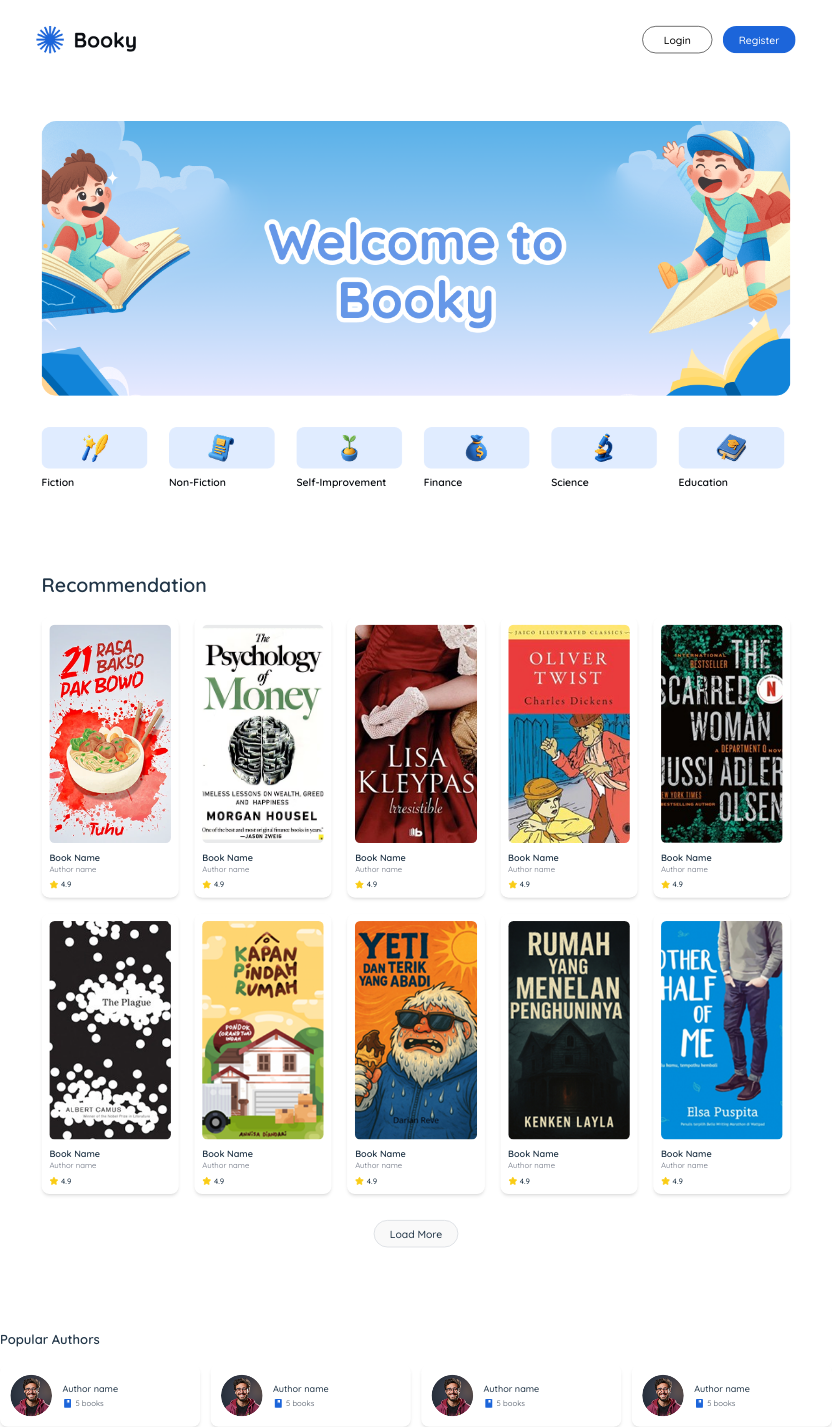
Repository: faridsyafaat/library-app
Page: /
These files come from the project's save history. The page is drawn as it stood at one moment and after the next save; the edit follows.
The browser window is 1280 px wide. The pictures show the whole page, at 65% of full size.
The project was rebuilt for these pictures with package versions that can differ from the ones it lists, and the page was loaded fresh each time. Also part of the build but not shown: vite.config.ts, src/pages/Login.tsx, src/pages/Register.tsx.

Above is the page before, as saved 2025-11-24 21:06:28.

### index.html
<!doctype html>
<html lang="en">
  <head>
    <meta charset="UTF-8" />
    <link rel="icon" type="image/svg+xml" href="/vite.svg" />
    <meta name="viewport" content="width=device-width, initial-scale=1.0" />
    <title>library-app</title>
  </head>
  <body>
    <div id="root"></div>
    <script type="module" src="/src/main.tsx"></script>
  </body>
</html>

### src/index.css
@import url('https://fonts.googleapis.com/css2?family=Quicksand:wght@300;400;500;600;700&display=swap');
@tailwind base;
@tailwind components;
@tailwind utilities;

:root {
  font-family: system-ui, Avenir, Helvetica, Arial, sans-serif;
  line-height: 1.5;
  font-weight: 400;
  font-synthesis: none;
  text-rendering: optimizeLegibility;
  -webkit-font-smoothing: antialiased;
  -moz-osx-font-smoothing: grayscale;
}

a {
  font-weight: 500;
  color: #646cff;
  text-decoration: inherit;
}
a:hover {
  color: #535bf2;
}

body {
  margin: 0;
  min-height: 100vh;
  }

h1 {
  font-size: 3.2em;
  line-height: 1.1;
}

button {
  border-radius: 8px;
  border: 1px solid transparent;
  padding: 0.6em 1.2em;
  font-size: 1em;
  font-weight: 500;
  font-family: inherit;
  background-color: #1a1a1a;
  cursor: pointer;
  transition: border-color 0.25s;
}
button:hover {
  border-color: #646cff;
}
button:focus,
button:focus-visible {
  outline: 4px auto -webkit-focus-ring-color;
}

@media (prefers-color-scheme: light) {
  :root {
    color: #213547;
    background-color: #ffffff;
  }
  a:hover {
    color: #747bff;
  }
  button {
    background-color: #f9f9f9;
  }
}

.container-custom {
  max-width: 1200px;
  margin-left: auto;
  margin-right: auto;
  padding-left: 1rem;
  padding-right: 1rem;
}

@layer base {
  body {
    @apply font-quicksand;
  }
}

### src/App.tsx
import { BrowserRouter as Router, Routes, Route, } from "react-router-dom";
import HomeBefore from "./pages/HomeBefore";
import Login from "./pages/Login";
import Register from "./pages/Register";


function App() {


  return (
    <Router>
      <Routes>
        <Route path="/" element={<HomeBefore />} />
        <Route path="/login" element={<Login />} />
        <Route path="/register" element={<Register />} />

      </Routes>
    </Router>
  );
}

export default App;

### src/pages/HomeBefore.tsx
import NavbarBefore from "@/components/layout/NavbarBefore";
import HeroSection from "@/components/sections/HeroSection";
import RecommendationSection from "@/components/sections/RecommendationSection";
import AuthorsSection from "@/components/sections/AuthorsSection";

export default function HomeBefore() {
  return (
    <div>
      <NavbarBefore />
      <HeroSection />
      <RecommendationSection />
      <AuthorsSection />

    </div>
  );
}

### src/components/layout/NavbarBefore.tsx
import Button from "@/components/ui/Button";
import { useNavigate } from "react-router-dom";

export default function NavbarBefore() {
  const navigate = useNavigate();

  return (
    <nav className="sticky top-0 z-50 bg-white">
      <div className="container mx-auto flex justify-between items-center py-10 px-4">
        {/* Logo */}
        <div className="flex items-left gap-2">
          <img src="/icon/booky.png" alt="Booky Logo" className="w-[155px] h-[42px]" />
        </div>

        {/* Buttons */}
        <div className="flex gap-4">
          <Button
            variant="outline"
            className="bg-white text-black border border-neutral-800 px-8 py-2"
            onClick={() => navigate("/login")}
          >
            Login
          </Button>
          <Button
            variant="default"
            className="px-10 py-2"
            onClick={() => navigate("/register")}
          >
            Register
          </Button>
        </div> {/* Tutup div buttons */}
      </div> {/* Tutup div container */}
    </nav>
  );
}

### src/components/sections/HeroSection.tsx

const bookCategories = [
  { name: "Fiction", img: "/image/hero1.png" },
  { name: "Non-Fiction", img: "/image/hero2.png" },
  { name: "Self-Improvement", img: "/image/hero3.png" },
  { name: "Finance", img: "/image/hero4.png" },
  { name: "Science", img: "/image/hero5.png" },
  { name: "Education", img: "/image/hero6.png" },
];

export default function HeroSection() {
  return (
    <section className="bg-white py-16">
      <div className="container mx-auto px-6">
        {/* Hero Image */}
        <div className="w-full">
          <img
            src="/image/herosection.png"
            alt="Hero Background"
            className="w-full h-auto rounded-xl"
          />
        </div>

        {/* Jenis Buku */}
       <div className="mt-12 grid grid-cols-3 sm:grid-cols-3 md:grid-cols-6 gap-6">
  {bookCategories.map((book) => (
    <div
      key={book.name}
      className="flex flex-col items-start cursor-pointer hover:scale-105 transition-transform"
    >
      <img
        src={book.img}
        alt={book.name}
        className="w-[162.67px] h-[64px] object-cover rounded-lg mb-2"
      />
      <span className="text-[#0A0D12] font-semibold">{book.name}</span>
    </div>
  ))}
</div>

      </div>
    </section>
  );
}

### src/components/sections/RecommendationSection.tsx
import { Star } from "lucide-react";

const books = [
  {
    title: "Book Name",
    author: "Author name",
    rating: 4.9,
    img: "/image/book1.png",
  },
  {
    title: "Book Name",
    author: "Author name",
    rating: 4.9,
    img: "/image/book2.png",
  },
  {
    title: "Book Name",
    author: "Author name",
    rating: 4.9,
    img: "/image/book3.png",
  },
  {
    title: "Book Name",
    author: "Author name",
    rating: 4.9,
    img: "/image/book4.png",
  },
  {
    title: "Book Name",
    author: "Author name",
    rating: 4.9,
    img: "/image/book5.png",
  },
  {
    title: "Book Name",
    author: "Author name",
    rating: 4.9,
    img: "/image/book6.png",
  },
  {
    title: "Book Name",
    author: "Author name",
    rating: 4.9,
    img: "/image/book7.png",
  },
  {
    title: "Book Name",
    author: "Author name",
    rating: 4.9,
    img: "/image/book8.png",
  },
  {
    title: "Book Name",
    author: "Author name",
    rating: 4.9,
    img: "/image/book9.png",
  },
  {
    title: "Book Name",
    author: "Author name",
    rating: 4.9,
    img: "/image/book10.png",
  },
];

export default function RecommendationSection() {
  return (
    <section className="py-16 bg-white">
      <div className="container mx-auto px-6">

        {/* Title */}
        <h2 className="text-3xl font-semibold mb-8">Recommendation</h2>

        {/* Grid Books */}
        <div className="grid grid-cols-2 sm:grid-cols-3 md:grid-cols-5 gap-6">
          {books.map((book, index) => (
            <div
              key={index}
              className="bg-white shadow-md rounded-xl p-3 cursor-pointer hover:scale-105 transition-transform"
            >
              <img
                src={book.img}
                alt={book.title}
                className="h-[336px] w-[224] object-cover rounded-lg"
              />

              <h3 className="mt-3 text-sm font-semibold">{book.title}</h3>
              <p className="text-xs text-gray-500">{book.author}</p>

              <div className="flex items-center gap-1 mt-2">
                <Star size={14} fill="#FACC15" color="#FACC15" />
                <span className="text-xs font-medium">{book.rating}</span>
              </div>
            </div>
          ))}
        </div>

        {/* Load More Button */}
        <div className="flex justify-center mt-10">
          <button className="px-6 py-2 rounded-full border border-gray-300 hover:bg-gray-100 transition">
            Load More
          </button>
        </div>
      </div>
    </section>
  );
}

### src/components/sections/AuthorsSection.tsx
const authors = [
  {
    id: 1,
    name: "Author name",
    books: "5 books",
    image: "/image/author.png",
  },
  {
    id: 2,
    name: "Author name",
    books: "5 books",
    image: "/image/author.png",
  },
  {
    id: 3,
    name: "Author name",
    books: "5 books",
    image: "/image/author.png",
  },
  {
    id: 4,
    name: "Author name",
    books: "5 books",
    image: "/image/author.png",
  },
];

export default function AuthorsSection() {
  return (
    <section className="mt-16">
      <h2 className="text-xl font-semibold mb-6">Popular Authors</h2>

      <div className="grid grid-cols-1 gap-4 md:grid-cols-2 lg:grid-cols-4">
        {authors.map((author) => (
          <div
            key={author.id}
            className="shadow-md rounded-xl p-4 flex items-center gap-4"
          >
            {/* FOTO AUTHOR */}
            <img
              src={author.image}
              alt={author.name}
              className="w-16 h-16 rounded-full object-cover"
            />

            {/* TEKS */}
            <div>
              <p className="font-medium text-sm">{author.name}</p>

              {/* ICON BUKU + JUMLAH */}
              <div className="flex items-center gap-1 mt-1 text-gray-600">
                <img
                  src="/image/book.png"
                  alt="book icon"
                  className="w-4 h-4 object-contain"
                />
                <span className="text-xs">{author.books}</span>
              </div>
            </div>
          </div>
        ))}
      </div>
    </section>
  );
}

### src/components/ui/Button.tsx
import React from "react";
import clsx from "clsx";

interface ButtonProps extends React.ButtonHTMLAttributes<HTMLButtonElement> {
  variant?: "default" | "outline" | "short";
  size?: "sm" | "md" | "lg";
}

const Button: React.FC<ButtonProps> = ({
  variant = "default",
  className,
  children,
  ...props
}) => {
  const baseStyle = "inline-flex items-center justify-center font-medium focus:outline-none rounded-full disabled:opacity-50 disabled:pointer-events-none";

  const variants: Record<string, string> = {
    default: "bg-[#1C65DA] text-white px-6 py-2 hover:bg-blue-600",
    outline: "border border-gray-800 text-black bg-white px-6 py-2 hover:bg-gray-100",
    short: "px-4 py-2 rounded-md text-sm",
  };

  return (
    <button className={clsx(baseStyle, variants[variant], className)} {...props}>
      {children}
    </button>
  );
};

export default Button;

### tailwind.config.js
/** @type {import('tailwindcss').Config} */
module.exports = {
  content: [
    "./index.html",
    "./src/**/*.{js,ts,jsx,tsx}",
  ],
  theme: {
    extend: {
      fontFamily: {
        quicksand: ["Quicksand", "sans-serif"],
      },
    },
    container: {
      center: true,
      padding: '1rem',
      screens: {
        sm: "640px",
        md: "768px",
        lg: "1200px", // container lg = 1200px
        xl: "1200px",
        "2xl": "1200px"
      }
    }
  },
  plugins: [],
};

Loaded but not shown: src/main.tsx (common file)

After the next save:
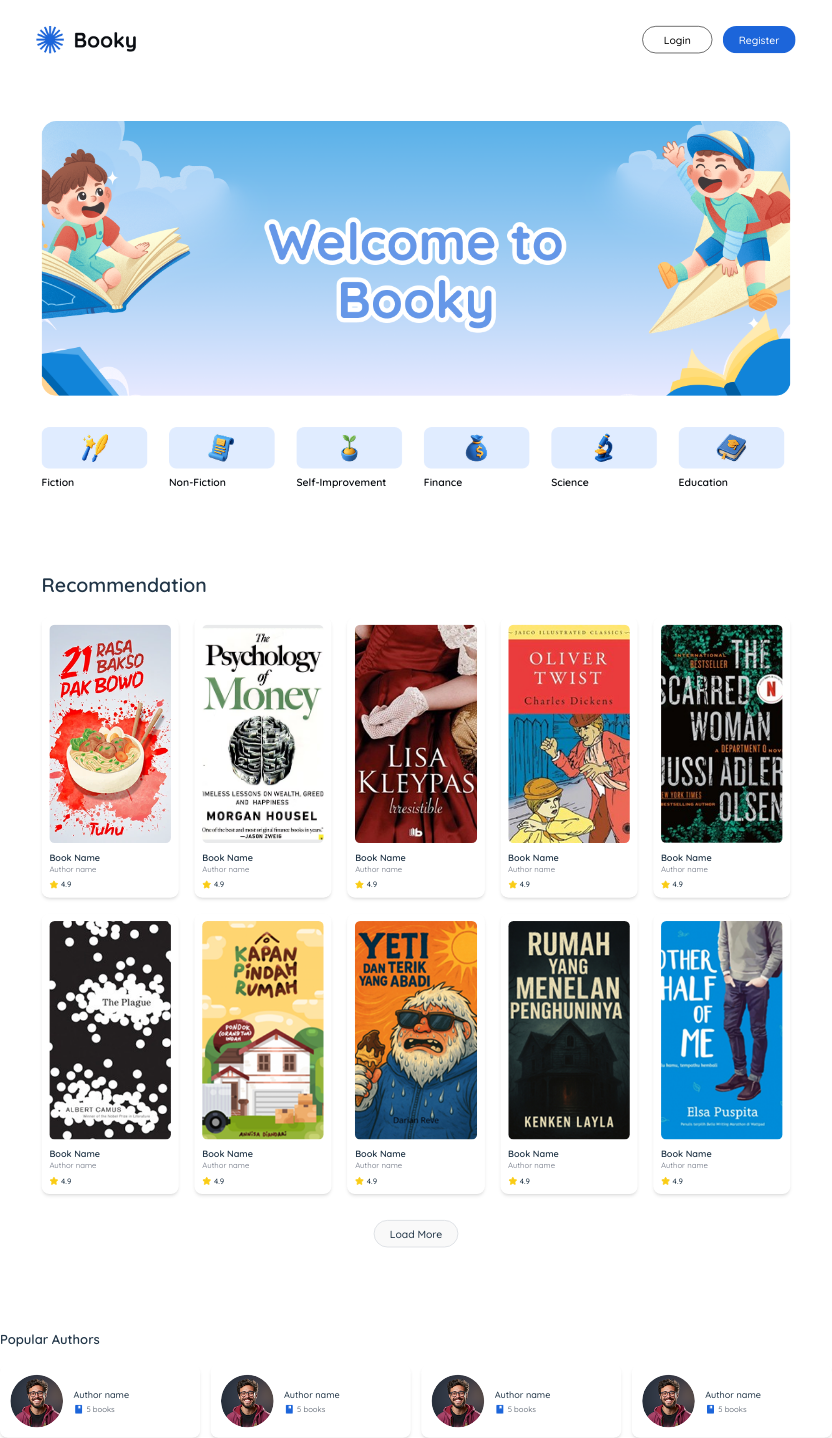
Saved 91 s later.
--- a/src/components/sections/AuthorsSection.tsx
+++ b/src/components/sections/AuthorsSection.tsx
@@ -40,7 +40,7 @@
             <img
               src={author.image}
               alt={author.name}
-              className="w-16 h-16 rounded-full object-cover"
+              className="w-[81px] h-[81px] rounded-full object-cover"
             />
 
             {/* TEKS */}
